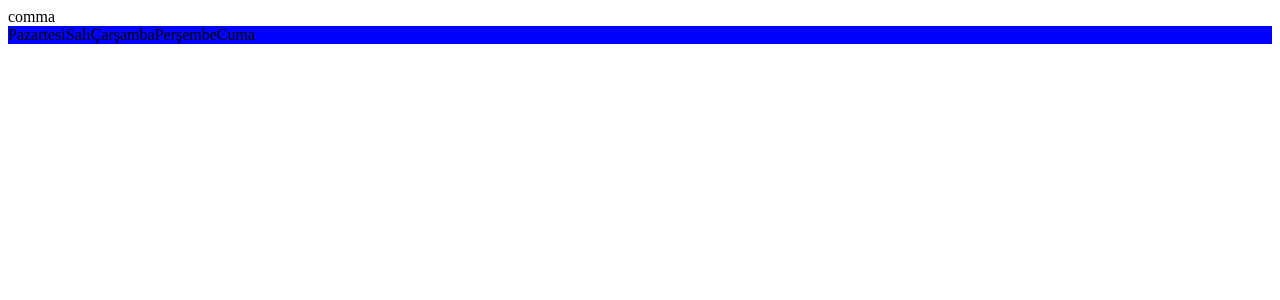
Repository: ahmetbugraozcan/css-ders-programi
Page: deneme2.html
The author's editor kept a copy of each file at every save. The page is drawn from the files as they stood at one save, then again after the next save.
The browser window is 1280 px wide. The pictures show the whole page.

Above is the page before, as saved 2021-07-10 13:31:34.

After the next save:
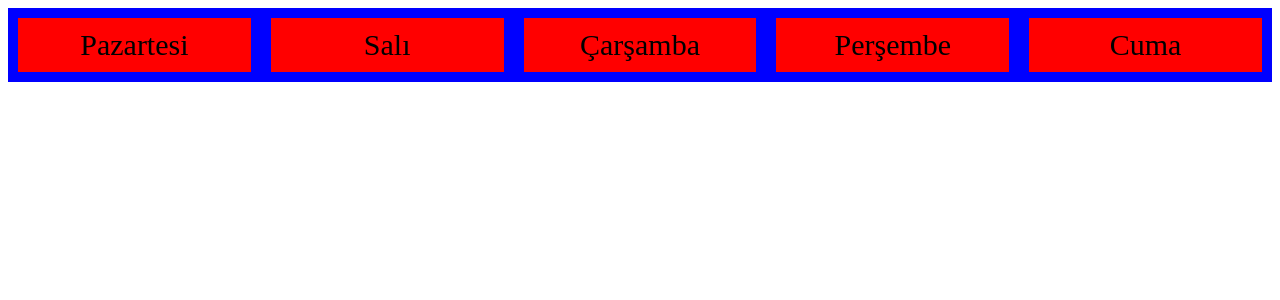
Saved 7 s later.
--- a/deneme2.html
+++ b/deneme2.html
@@ -1,6 +1,5 @@
 <!DOCTYPE html>
 <html>
-comma
 <head>
     <style>
         .flex-container {
@@ -10,7 +9,15 @@ comma
         .row{
 
         }
-
+        <!-- .flex-container>div {
+            width: 100px;
+            background-color: red;
+            flex-grow: 1;
+            padding: 10px;
+            margin: 10px;
+            text-align: center;
+            font-size: 30px;
+        }-->
 
     </style>
 </head>
